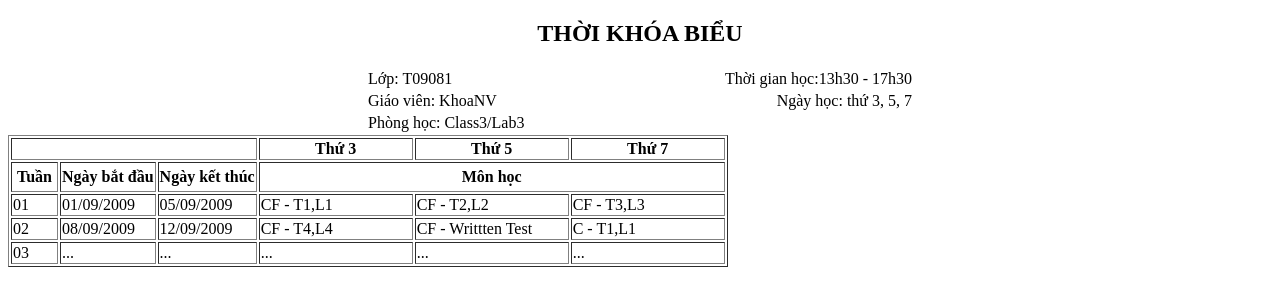
Repository: Lehuyhuynh/BT1-HTML
Page: index.html
An editor plug-in stored every save of this project. The page is shown before and after the next save, followed by the edit.
The browser window is 1280 px wide. The pictures show the whole page.

Above is the page before, as saved 2023-08-06 22:09:17.

### index.html
<!DOCTYPE html>
<html lang="en">
<head>
  <meta charset="UTF-8">
  <meta name="viewport" content="width=device-width, initial-scale=1.0">
  <title>THỜI KHÓA BIỂU</title>

  <style>

    h2{
      text-align: center;
    }
    #table1{
      width: 550px;
    margin-left: auto;
    margin-right: auto;
    }
    /* #table2{
      width: 700px;
    display: block;
    margin-left: auto;
    margin-right: auto;
    } */
    /* tr,th,td{
      height: 20px;
    } */
    #rank{
      width: 150px;
    }
    #week{
      padding: 5px 5px;
    }
    #extended-time{
      padding: 5;
    }

  </style>

</head>
<body>

  <div >

    <div>
      <h2> THỜI KHÓA BIỂU</h2>
    </div>

    <div>
      <table id="table1">
          <tr>
              <td align="left">Lớp: T09081</td>
              <td align="right">Thời gian học:13h30 - 17h30</td>
          </tr>
          <tr>
              <td align="left">Giáo viên: KhoaNV</td>
              <td align="right">Ngày học: thứ 3, 5, 7 </td>
          </tr>
          <tr>
              <td align="left">Phòng học: Class3/Lab3</td>
          </tr>
      </table>
  </div>

    <div id="table2">
      <table border="1">
        <thead>

          <tr>
            <th colspan="3"></th>
            <th id="rank" >Thứ 3</th>
            <th id="rank">Thứ 5</th>
            <th id="rank">Thứ 7</th>
          </tr>

          <tr>
            <th id="week">Tuần</th>
            <th id="extended-time">Ngày bắt đầu</th>
            <th id="extended-time">Ngày kết thúc</th>
            <th colspan="3">Môn học</th>
          </tr>

        </thead>

        <tr>
          <td>01</td>
          <td>01/09/2009</td>
          <td>05/09/2009</td>
          <td >CF - T1,L1</td>
          <td>CF - T2,L2</td>
          <td>CF - T3,L3</td>
        </tr>

        <tr>
          <td>02</td>
          <td>08/09/2009</td>
          <td>12/09/2009</td>
          <td>CF - T4,L4</td>
          <td>CF - Writtten Test</td>
          <td>C - T1,L1</td>
        </tr>

        <tr>
          <td>03</td>
          <td>...</td>
          <td>...</td>
          <td>...</td>
          <td>...</td>
          <td>...</td>
        </tr>

      </table>
    </div>


  </div>

</body>
</html>

After the next save:
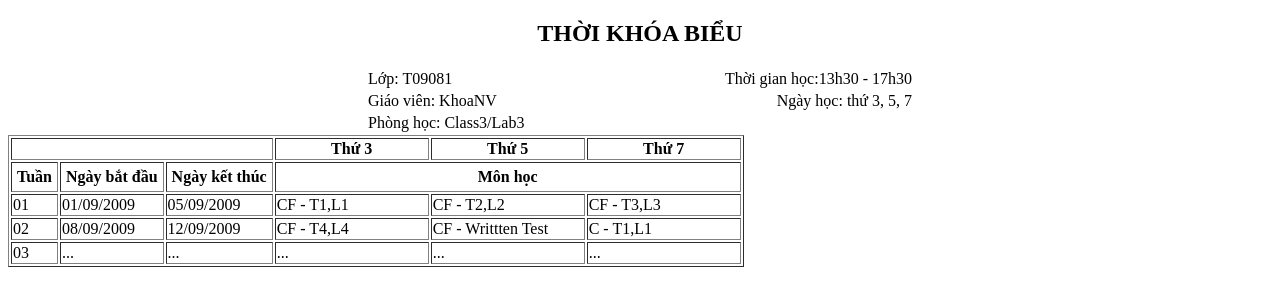
Saved 4 s later.
--- a/index.html
+++ b/index.html
@@ -31,7 +31,7 @@
       padding: 5px 5px;
     }
     #extended-time{
-      padding: 5;
+      padding: 5px 5px;
     }
 
   </style>
